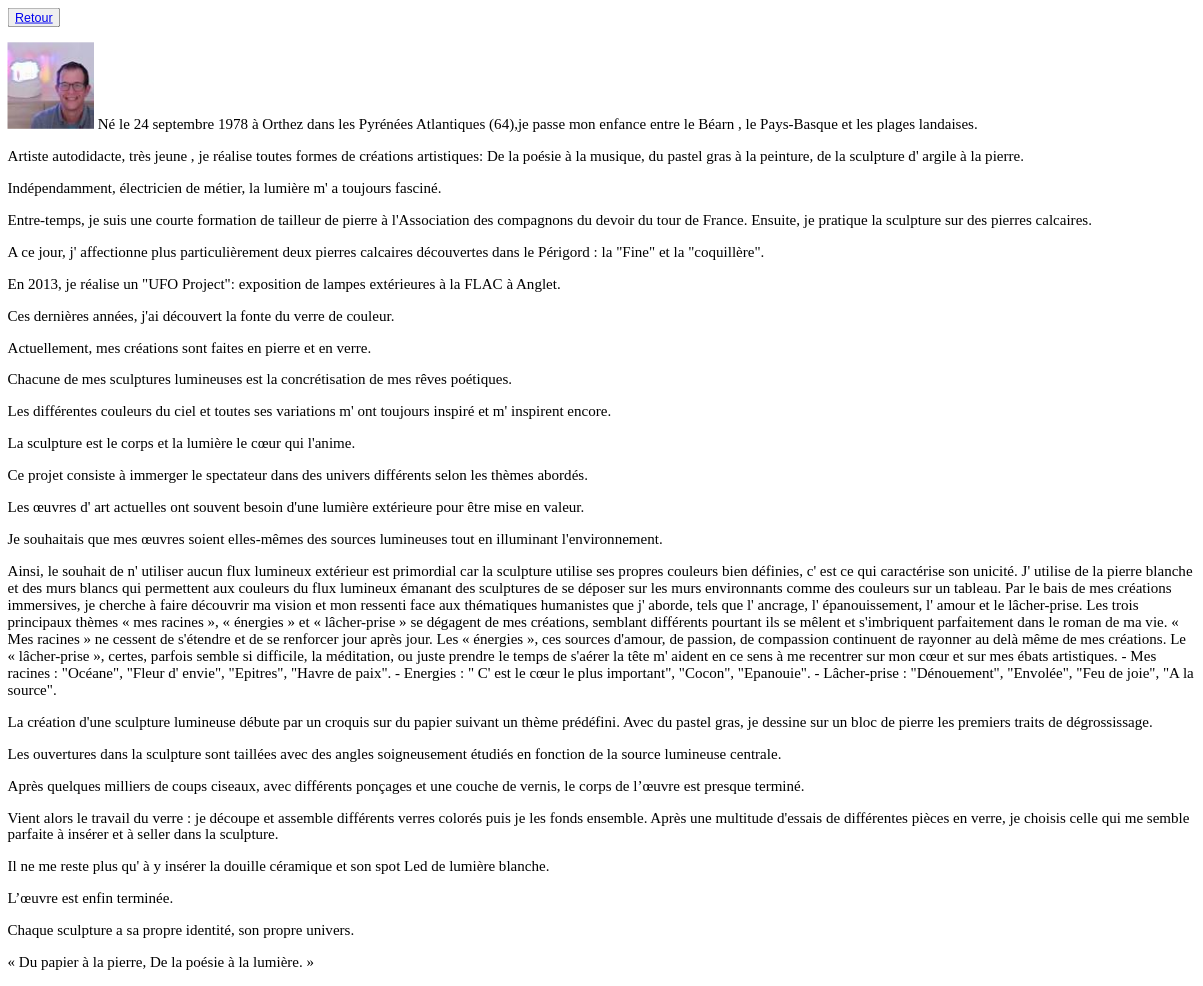
Repository: lysianebo/EricBidart
Page: presentation_more.html
An editor plug-in stored every save of this project. The page is shown before and after the next save, followed by the edit.
The browser window is 1280 px wide. The pictures show the whole page, at 94% of full size.

Above is the page before, as saved 2023-10-29 07:42:35.

### presentation_more.html
<!DOCTYPE html>
<html lang="en">
<head>
    <meta charset="UTF-8">
    <meta name="viewport" content="width=device-width, initial-scale=1.0">
    <title>Document</title>
    <link rel="stylesheet" href="public/css/style.css">
</head>
<body>
    <button class="back-button"><a href="presentation.html">Retour</a></button>
    <div class="hidden" id="presentation-content">
        <p class="text"><img src="public/images/happy_moi.jpeg" alt=""> Né le 24 septembre 1978 à Orthez dans les Pyrénées Atlantiques (64),je passe mon enfance entre le Béarn , le Pays-Basque et les plages landaises.</p>
        <p> Artiste autodidacte, très jeune , je réalise toutes formes de créations artistiques: De la poésie à la musique, du pastel gras à la peinture, de la sculpture d' argile à la pierre.</p>
        <p> Indépendamment, électricien de métier, la lumière m' a toujours fasciné.</p>
        <p> Entre-temps, je suis une courte formation de tailleur de pierre à l'Association des compagnons du devoir du
            tour de France. Ensuite, je pratique la sculpture sur des pierres calcaires.</p>
        <p> A ce jour, j' affectionne plus particulièrement deux pierres calcaires découvertes dans le Périgord : la
            "Fine" et la "coquillère".</p>
        <p> En 2013, je réalise un "UFO Project": exposition de lampes extérieures à la FLAC à Anglet.</p>
        <p> Ces dernières années, j'ai découvert la fonte du verre de couleur.</p>
        <p> Actuellement, mes créations sont faites en pierre et en verre.</p>
        <p>Chacune de mes sculptures lumineuses est la concrétisation de mes rêves poétiques.</p>
    </div>
    <div class="hidden" id="demarche-content">
        <p>Les différentes couleurs du ciel et toutes ses variations m' ont toujours inspiré et m' inspirent encore.
            <p>La sculpture est le corps et la lumière le cœur qui l'anime.</p>
            Ce projet consiste à immerger le spectateur dans des univers différents selon les thèmes abordés.
            <p>Les œuvres d' art actuelles ont souvent besoin d'une lumière extérieure pour être mise en valeur.</p>

            <p>Je souhaitais que mes œuvres soient elles-mêmes des sources lumineuses tout en illuminant l'environnement.</p>

            Ainsi, le souhait de n' utiliser aucun flux lumineux extérieur est primordial car la sculpture utilise ses
            propres couleurs bien définies, c' est ce qui caractérise son unicité.



            J' utilise de la pierre blanche et des murs blancs qui permettent aux couleurs du flux lumineux émanant des
            sculptures de se déposer sur les murs environnants comme des couleurs sur un tableau.

            Par le bais de mes créations immersives, je cherche à faire découvrir ma vision et mon ressenti face aux
            thématiques humanistes que j' aborde, tels que l' ancrage, l' épanouissement, l' amour et le lâcher-prise.



            Les trois principaux thèmes « mes racines », « énergies » et « lâcher-prise » se dégagent de mes créations,
            semblant différents pourtant ils se mêlent et s'imbriquent parfaitement dans le roman de ma vie.

            « Mes racines » ne cessent de s'étendre et de se renforcer jour après jour.

            Les « énergies », ces sources d'amour, de passion, de compassion continuent de rayonner au delà même de mes
            créations.

            Le « lâcher-prise », certes, parfois semble si difficile, la méditation, ou juste prendre le temps de s'aérer la
            tête m' aident en ce sens à me recentrer sur mon cœur et sur mes ébats artistiques.

            - Mes racines : "Océane", "Fleur d' envie", "Epitres", "Havre de paix".

            - Energies : " C' est le cœur le plus important", "Cocon", "Epanouie".

            - Lâcher-prise : "Dénouement", "Envolée", "Feu de joie", "A la source".

        </p>
    </div>
    <div class="hidden"
        id="technique-content">
        <p>La création d'une sculpture lumineuse débute par un croquis sur du papier suivant un thème prédéfini. Avec du
            pastel gras, je dessine sur un bloc de pierre les premiers traits de dégrossissage. </p>
        <p>Les ouvertures dans la sculpture sont taillées avec des angles soigneusement étudiés en fonction de la source
            lumineuse centrale.</p>
        <p>Après quelques milliers de coups ciseaux, avec différents ponçages et une couche de vernis,
            le corps de l’œuvre est presque terminé.</p>
        <p> Vient alors le travail du verre : je découpe et assemble différents verres colorés puis je les fonds ensemble.
            Après une multitude d'essais de différentes pièces en verre, je choisis celle qui me semble parfaite à insérer
            et à seller dans la sculpture.</p>
        <p>Il ne me reste plus qu' à y insérer la douille céramique et son spot Led de lumière blanche.</p>
        </p>
        <p> L’œuvre est enfin terminée.</p>


        <p> Chaque sculpture a sa propre identité, son propre univers.</p>

        <p> « Du papier à la pierre, De la poésie à la lumière. »</p>
    </div>

    </div>
</body>
</html>

### public/css/style.css
/* @import url("https://fonts.googleapis.com/css2?family=Belanosima:wght@400;700&family=Noto+Sans&family=Outfit&family=Rubik:wght@400;500;700&display=swap"); */
/*# sourceMappingURL=style.css.map */

After the next save:
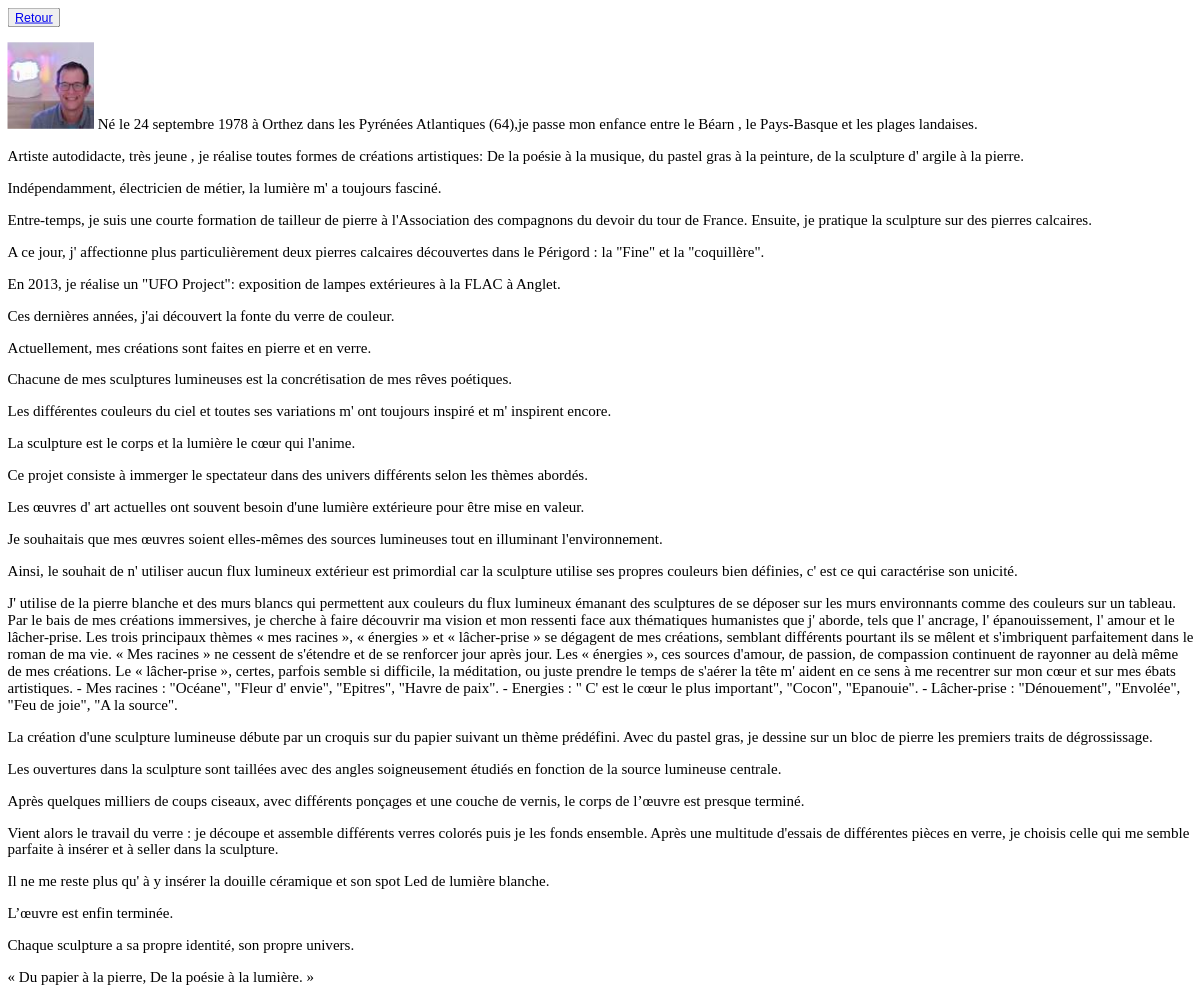
Saved 35 s later.
--- a/presentation_more.html
+++ b/presentation_more.html
@@ -29,8 +29,10 @@
 
             <p>Je souhaitais que mes œuvres soient elles-mêmes des sources lumineuses tout en illuminant l'environnement.</p>
 
-            Ainsi, le souhait de n' utiliser aucun flux lumineux extérieur est primordial car la sculpture utilise ses
-            propres couleurs bien définies, c' est ce qui caractérise son unicité.
+            <p>
+                Ainsi, le souhait de n' utiliser aucun flux lumineux extérieur est primordial car la sculpture utilise ses
+                propres couleurs bien définies, c' est ce qui caractérise son unicité.
+            </p>
 
 
 
